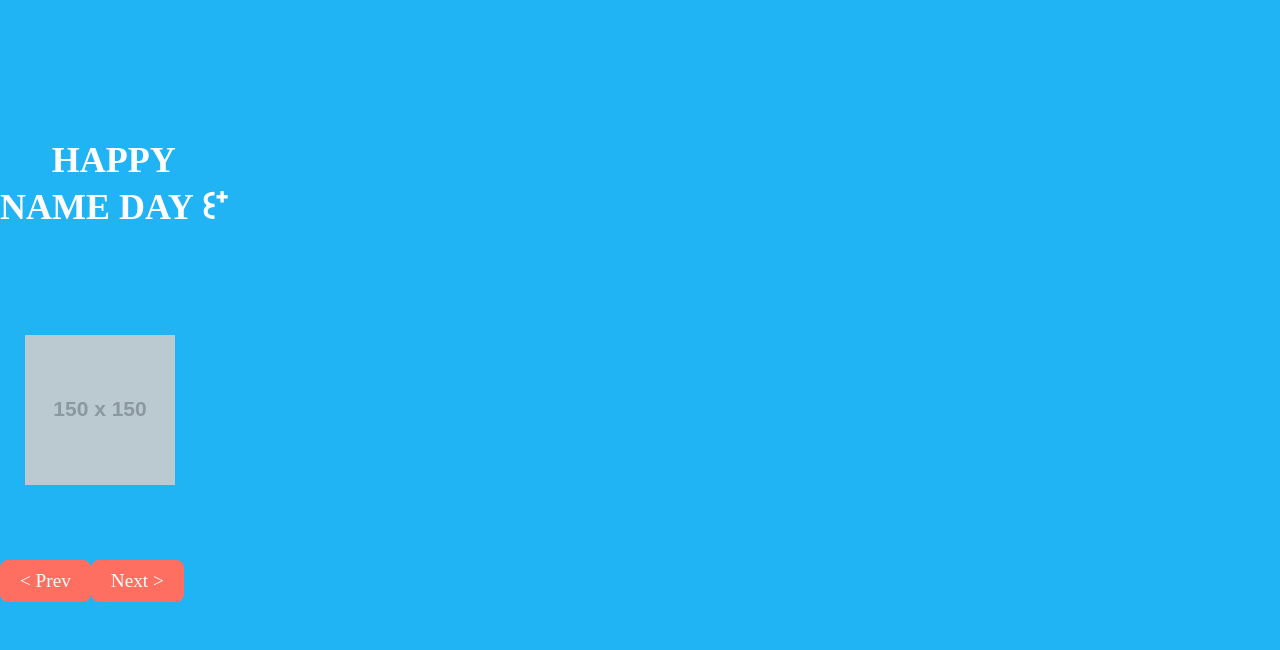
Repository: naps00/BIRTHDAY
Page: /details
An editor plug-in stored every save of this project. The page is shown before and after the next save, followed by the edit.
The browser window is 1280 px wide. The pictures show the whole page.
The project was rebuilt for these pictures with package versions that can differ from the ones it lists, and the page was loaded fresh each time.

Above is the page before, as saved 2024-12-12 04:20:32.

After the next save:
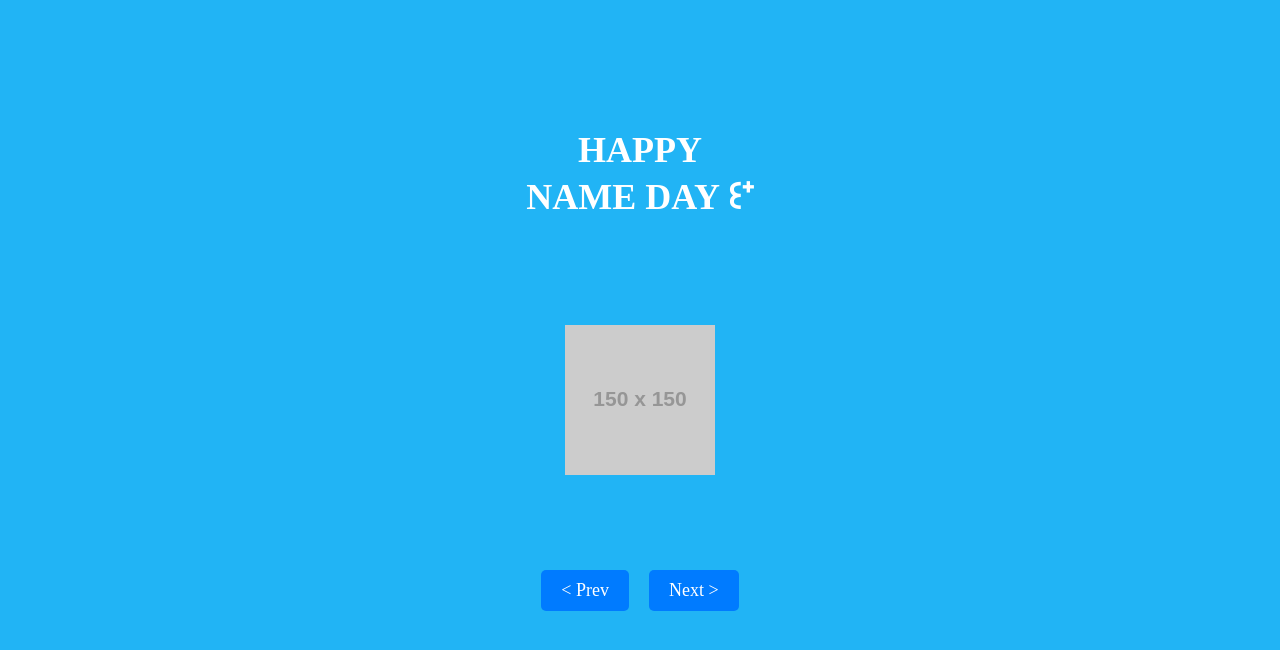
Saved 23 s later.
--- a/src/details.css
+++ b/src/details.css
@@ -1,7 +1,7 @@
 .details-page {
   display: flex;
   justify-content: center;
-  align-items: flex-start; /* จัดข้อความให้อยู่ที่ด้านบนสุด */
+  align-items: center;
   height: 100vh;
   transition: background-color 2s ease-in-out;
   flex-direction: column; /* ให้ข้อความอยู่ด้านบน และภาพอยู่ด้านล่าง */
@@ -36,35 +36,28 @@
 }
 
 .card {
-  position: absolute;
   width: 150px;
   height: 150px;
   object-fit: cover;
-  transition: transform 0.5s ease-in-out, z-index 0.5s;
-  opacity: 0.9; /* ความโปร่งแสงเล็กน้อย */
 }
 
-.card1 {
-  z-index: 3;
+.controls {
+  display: flex;
+  justify-content: center;
+  margin-top: 20px;
 }
 
-.card2 {
-  z-index: 2;
+.controls button {
+  background-color: #007bff;
+  color: white;
+  border: none;
+  padding: 10px 20px;
+  margin: 0 10px;
+  font-size: 18px;
+  cursor: pointer;
+  border-radius: 5px;
 }
 
-.card3 {
-  z-index: 1;
+.controls button:hover {
+  background-color: #0056b3;
 }
-
-/* เพิ่มแอนิเมชันเพื่อทำให้ภาพเหมือนการสับไพ่ */
-.card-stack:hover .card1 {
-  transform: translateX(-30px) rotate(-5deg); /* หมุนเล็กน้อย */
-}
-
-.card-stack:hover .card2 {
-  transform: translateX(30px) rotate(5deg); /* หมุนเล็กน้อย */
-}
-
-.card-stack:hover .card3 {
-  transform: translateX(0) rotate(0deg); /* การตั้งค่าพื้นฐาน */
-}
